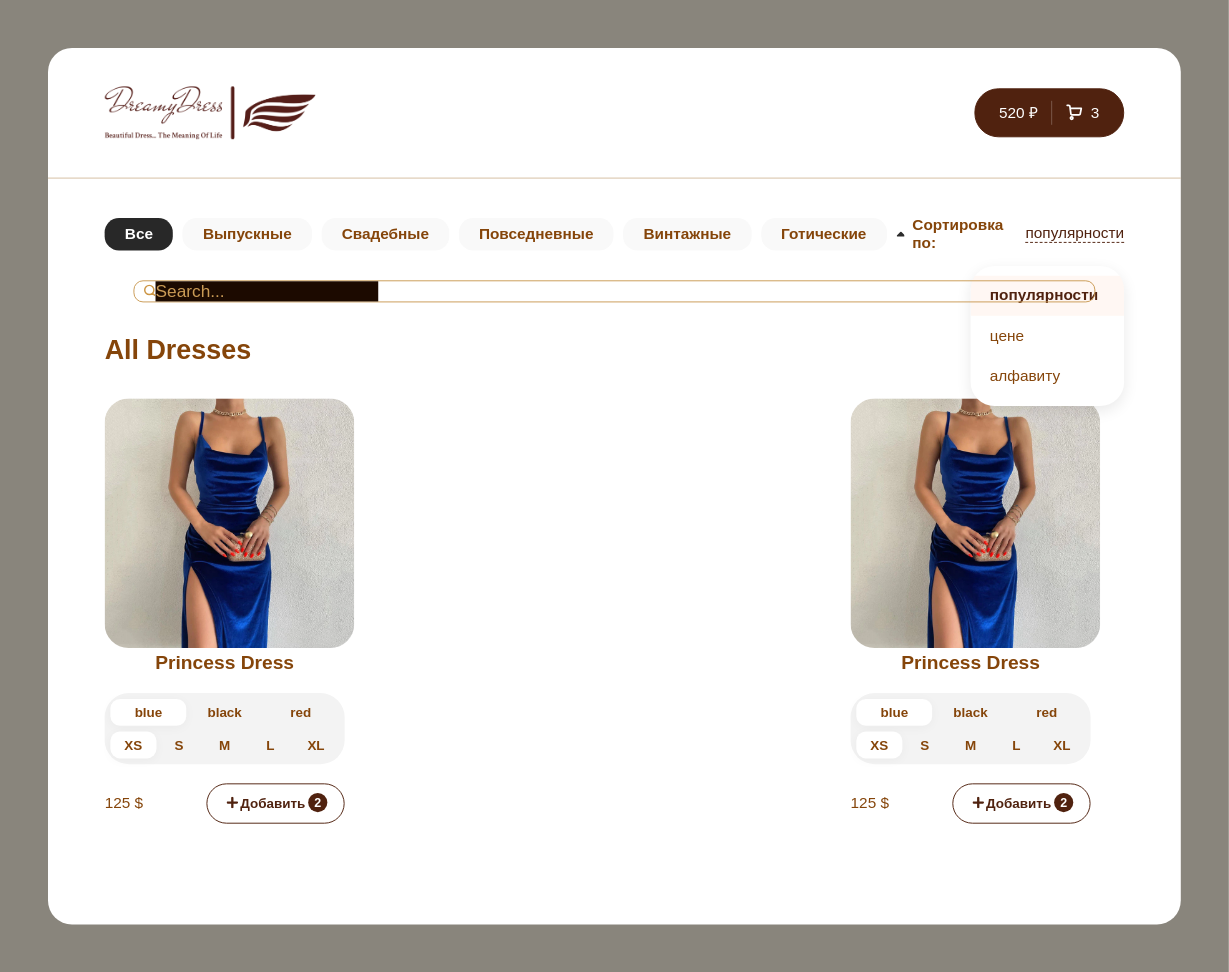
Repository: DisasterWoman/SPA-shop
Page: /
The author's editor kept a copy of each file at every save. The page is drawn from the files as they stood at one save, then again after the next save.
The browser window is 1280 px wide. The pictures show the whole page, at 96% of full size.
Some web fonts or font styles are not loaded; a fallback is used. The project was rebuilt for these pictures with package versions that can differ from the ones it lists, and the page was loaded fresh each time.

Above is the page before, as saved 2022-11-29 17:28:33.

### src/App.js
import './scss/app.scss';
import Categories from './components/Categories/Categories';
import DressBlock from './components/DressBlock/DressBlock';
import Header from './components/Header/Header';
import Sort from './components/Sort/Sort';
import SearchBar from './components/SearchBar/SearchBar';

function App() {
  return (
    <div className="wrapper">
      <Header />
      <div className="content">
        <div className="container">
          <div className="content__top">
            <Categories />
            <Sort />
          </div>
          <SearchBar />
          <h2 className="content__title">All Dresses</h2>
          <div className="content__items">
            <DressBlock />
            <DressBlock />
          </div>
        </div>
      </div>
    </div>
  );
}

export default App;

### src/scss/app.scss
@import 'variables.scss';
@import './libs/normalize.scss';
@import './all';

body {
  background-color: $background;
}

.wrapper {
  width: calc(100vw - 100px);
  height: 100%;
  background-color: #fff;
  margin: 50px auto;
  border-radius: 25px;
  max-width: 1400px;
}

.content {
  padding: 40px 0;

  &__title {
    margin: 35px 0;
  }

  &__items {
    display: flex;
    flex-wrap: wrap;
    justify-content: space-between;
  }

  &__top {
    display: flex;
    align-items: center;
    justify-content: space-between;
  }
}

.container {
  width: $container-width;
  margin: 0 auto;

  &--cart {
    max-width: 820px;
    margin: 90px auto;
    .content__title {
      margin: 0;
    }
  }
}

.cart {
  &__top {
    display: flex;
    justify-content: space-between;
    align-items: center;
  }

  .content__title {
    display: flex;
    align-items: center;
    font-size: 32px;

    svg {
      position: relative;
      top: -2px;
      width: 30px;
      height: 30px;
      margin-right: 10px;
      path {
        stroke: $black;
        strokewidth: 1.9;
      }
    }
  }

  &__clear {
    display: flex;
    align-items: center;
    cursor: pointer;
    @include noselect();

    span {
      display: inline-block;
      margin-left: 7px;
      color: #b6b6b6;
      font-size: 18px;
    }

    span,
    svg,
    path {
      transition: all $duration ease-in-out;
    }

    &:hover {
      svg {
        path {
          stroke: darken($color: #b6b6b6, $amount: 50);
        }
      }
      span {
        color: darken($color: #b6b6b6, $amount: 50);
      }
    }
  }

  &__item {
    display: flex;
    width: 100%;
    border-top: 1px solid $gray-line;
    padding-top: 30px;
    margin-top: 30px;

    &-img {
      display: flex;
      align-items: center;
      margin-right: 15px;
      width: 10%;

      img {
        width: 80px;
        height: 80px;
      }
    }

    &-info {
      display: flex;
      flex-direction: column;
      justify-content: center;
      width: 40%;

      h3 {
        font-weight: bold;
        font-size: 22px;
        line-height: 27px;
        letter-spacing: 0.01em;
      }

      p {
        font-size: 18px;
        color: #8d8d8d;
      }
    }

    &-count {
      display: flex;
      align-items: center;
      justify-content: space-between;
      width: 13%;

      &-minus {
        svg {
          path:first-of-type {
            display: none;
          }
        }
      }

      b {
        font-size: 22px;
      }
    }

    &-price {
      display: flex;
      align-items: center;
      justify-content: center;
      width: 33%;

      b {
        font-weight: bold;
        font-size: 22px;
        letter-spacing: 0.01em;
      }
    }

    &-remove {
      display: flex;
      align-items: center;
      justify-content: flex-end;
      width: 4%;

      .button {
        border-color: darken($color: $gray-line, $amount: 10);
      }

      svg {
        transform: rotate(45deg);

        path {
          fill: darken($color: $gray-line, $amount: 15);
        }
      }

      .button {
        svg {
          width: 11.5px;
          height: 11.5px;
          position: relative;
        }
        &:hover,
        &:active {
          border-color: darken($color: $gray-line, $amount: 80);
          background-color: darken($color: $gray-line, $amount: 80);
        }
      }
    }
  }

  &__bottom {
    margin: 50px 0;

    &-details {
      display: flex;
      justify-content: space-between;

      span {
        font-size: 22px;

        &:last-of-type {
          b {
            color: $brown;
          }
        }
      }
    }

    &-buttons {
      display: flex;
      justify-content: space-between;
      margin-top: 40px;

      .go-back-btn {
        display: flex;
        align-items: center;
        justify-content: center;
        width: 210px;

        border-color: darken($color: $gray-line, $amount: 10);

        span {
          color: darken($color: $gray-line, $amount: 20);
          font-weight: 500;
          font-weight: 600;
        }

        &:hover {
          background-color: darken($color: $gray-line, $amount: 90);
          border-color: darken($color: $gray-line, $amount: 90);

          span {
            color: $gray-line;
          }
        }

        svg {
          margin-right: 12px;
          path {
            fill: transparent;
            strokewidth: 2;
          }
        }
      }

      .pay-btn {
        font-size: 16px;
        font-weight: 600;
        width: 210px;
        padding: 16px;
      }
    }
  }

  &--empty {
    margin: 0 auto;
    width: 560px;
    text-align: center;

    h2 {
      font-size: 32px;
      margin-bottom: 10px;
    }

    p {
      font-size: 18px;
      line-height: 145.4%;
      letter-spacing: 0.01em;
      color: #777777;
    }

    icon {
      position: relative;
      top: 2px;
    }

    img {
      display: block;
      width: 300px;
      margin: 45px auto 60px;
    }

    .button--black {
      padding: 12px 0 14px;
      width: 230px;
      margin: 0 auto;
      font-weight: 600;
      font-size: 18px;
    }
  }
}

### src/components/Categories/Categories.jsx
import React from 'react';

function Categories() {
  return (
    <div className="categories">
      <ul>
        <li className="active">Все</li>
        <li>Выпускные</li>
        <li>Свадебные</li>
        <li>Повседневные</li>
        <li>Винтажные</li>
        <li>Готические</li>
      </ul>
    </div>
  );
}

export default Categories;

### src/components/DressBlock/DressBlock.jsx
import React from 'react';
import { Button } from '../Button/Button';
import './_dress-block.scss';

function DressBlock() {
  return (
    <div className="dress-block">
      <img className="dress-block__image" src="/images/dresses/dress0-blue.webp" alt="Dress" />
      <h4 className="dress-block__title">Princess Dress</h4>
      <div className="dress-block__selector">
        <ul>
          <li className="active">blue</li>
          <li>black</li>
          <li>red</li>
        </ul>
        <ul>
          <li className="active">XS</li>
          <li>S</li>
          <li>M</li>
          <li>L</li>
          <li>XL</li>
        </ul>
      </div>
      <div className="dress-block__bottom">
        <div className="dress-blockk__price">125 $</div>
        <Button/>
      </div>
    </div>
  );
}

export default DressBlock;

### src/components/Header/Header.jsx
import React from 'react';
import './_header.scss';
function Header() {
  return (
    <div className="header">
      <div className="container">
        <div className="header__logo">
          <img width="220" src="/dreamy-dress.png" alt="logo" />
          <div></div>
        </div>
        <div className="header__cart">
          <a href="/cart.html" className="button button--cart">
            <span>520 ₽</span>
            <div className="button__delimiter"></div>
            <svg
              width="18"
              height="18"
              viewBox="0 0 18 18"
              fill="none"
              xmlns="http://www.w3.org/2000/svg"
            >
              <path
                d="M6.33333 16.3333C7.06971 16.3333 7.66667 15.7364 7.66667 15C7.66667 14.2636 7.06971 13.6667 6.33333 13.6667C5.59695 13.6667 5 14.2636 5 15C5 15.7364 5.59695 16.3333 6.33333 16.3333Z"
                stroke="white"
                strokeWidth="1.8"
                strokeLinecap="round"
                strokeLinejoin="round"
              />
              <path stroke="white" strokeWidth="1.8" strokeLinecap="round" strokeLinejoin="round" />
              <path
                d="M4.78002 4.99999H16.3334L15.2134 10.5933C15.1524 10.9003 14.9854 11.176 14.7417 11.3722C14.4979 11.5684 14.1929 11.6727 13.88 11.6667H6.83335C6.50781 11.6694 6.1925 11.553 5.94689 11.3393C5.70128 11.1256 5.54233 10.8295 5.50002 10.5067L4.48669 2.82666C4.44466 2.50615 4.28764 2.21182 4.04482 1.99844C3.80201 1.78505 3.48994 1.66715 3.16669 1.66666H1.66669"
                stroke="white"
                strokeWidth="1.8"
                strokeLinecap="round"
                strokeLinejoin="round"
              />
            </svg>
            <span>3</span>
          </a>
        </div>
      </div>
    </div>
  );
}

export default Header;

### src/components/Sort/Sort.jsx
import React from 'react';
import './_sort.scss';

function Sort() {
  return (
    <div className="sort">
      <div className="sort__label">
        <svg
          width="10"
          height="6"
          viewBox="0 0 10 6"
          fill="none"
          xmlns="http://www.w3.org/2000/svg"
        >
          <path
            d="M10 5C10 5.16927 9.93815 5.31576 9.81445 5.43945C9.69075 5.56315 9.54427 5.625 9.375 5.625H0.625C0.455729 5.625 0.309245 5.56315 0.185547 5.43945C0.061849 5.31576 0 5.16927 0 5C0 4.83073 0.061849 4.68424 0.185547 4.56055L4.56055 0.185547C4.68424 0.061849 4.83073 0 5 0C5.16927 0 5.31576 0.061849 5.43945 0.185547L9.81445 4.56055C9.93815 4.68424 10 4.83073 10 5Z"
            fill="#2C2C2C"
          />
        </svg>
        <b>Сортировка по:</b>
        <span>популярности</span>
      </div>
      <div className="sort__popup">
        <ul>
          <li className="active">популярности</li>
          <li>цене</li>
          <li>алфавиту</li>
        </ul>
      </div>
    </div>
  );
}

export default Sort;

### src/components/SearchBar/SearchBar.jsx
import React, {useState}  from 'react'
import './_searchBar.scss';
function SearchBar() {
  return (
    <div className="search-bar">
      <img
        className="mr-20 mt-5 mb-5"
        alt="search"
        src="images/icons/search.svg"
        width={12}
        height={13}
      ></img>
      <input
        placeholder="Search..."
      ></input>
    </div>
  );
}

export default SearchBar

### src/scss/_variables.scss
$black: #85450a;
$background: #89857c;
$gray-line: #d5bda1;
$brown: #50220f;

$container-width: 90%;

$duration: 0.15s;

### src/scss/libs/_normalize.scss
@import url('https://fonts.googleapis.com/css2?family=Anek+Devanagari&display=swap');

*{
  padding: 0;
  margin: 0;
  list-style: none;
  outline: none;
  font-family: 'Anek Devanagari', sans-serif;
  box-sizing: border-box;
}

html {
  -ms-text-size-adjust: 100%;
  -webkit-text-size-adjust: 100%;
}

body {
  -moz-osx-font-smoothing: grayscale;
  -webkit-font-smoothing: antialiased;
  color: $black;
}

a,
span,
p,
b,
h1,
h2,
h3,
h4,
h5 {
  color: $black;
}

h1 {
  font-size: 48px;
}

h2 {
  font-weight: 600;
  font-size: 28px;
  line-height: 30px;
}

a {
  text-decoration: none;
}

@mixin noselect {
  -webkit-touch-callout: none; /* iOS Safari */
  -webkit-user-select: none; /* Safari */
  -khtml-user-select: none; /* Konqueror HTML */
  -moz-user-select: none; /* Old versions of Firefox */
  -ms-user-select: none; /* Internet Explorer/Edge */
  user-select: none; /* Non-prefixed version, currently
                                  supported by Chrome, Opera and Firefox */
}

### src/scss/_all.scss
@import '../components/Header/Header';
@import '../components/Button/button';
@import '../components/Categories/Categories';
@import '../components/Sort/Sort';
@import '../components/DressBlock/dress-block';

### src/components/Header/_header.scss
@import '../../../src/scss/variables';

.header {
  border-bottom: 1px solid $gray-line;
  padding: 40px 0;

  .container {
    display: flex;
    align-items: center;
    justify-content: space-between;
  }

  &__logo {
    display: flex;

    img {
      margin-right: 15px;
    }

    h1 {
      color: #181818;
      font-size: 24px;
      letter-spacing: 1%;
      text-transform: uppercase;
      font-weight: 800;
    }

    p {
      color: #7b7b7b;
    }
  }
}

### src/components/Button/_button.scss
@import '../../../src/scss/variables';

.button {
  display: inline-block;
  background-color: $brown;
  border-radius: 25px;
  padding: 10px 20px;
  min-width: 100px;
  text-align: center;
  cursor: pointer;
  transition: background-color $duration ease-in-out, border-color $duration ease-in-out;
  border: 1px solid transparent;

  &,
  span {
    color: #fff;
  }

  i,
  span,
  path,
  svg {
    transition: all $duration ease-in-out;
  }

  &:hover {
    background-color: darken($brown, 8%);
  }

  &:active {
    background-color: darken($brown, 12%);
    transform: translateY(1px);
  }

  &--circle {
    display: flex;
    align-items: center;
    justify-content: center;
    width: 30px;
    height: 30px;
    min-width: 30px;
    padding: 0;
    border-width: 2px;
  }

  &--black {
    background-color: $black;

    &:hover,
    &:active {
      background-color: lighten($color: $black, $amount: 10);
    }
  }

  &--outline {
    background-color: #fff;
    border-color: $brown;
    &,
    span {
      color: $brown;
    }

    svg {
      path {
        fill: $brown;
      }
    }

    &:hover {
      background-color: $brown;

      &,
      span {
        color: #fff;
      }

      svg {
        path {
          fill: #fff;
        }
      }
    }

    &:active {
      background-color: darken($brown, 8%);
    }
  }

  &__delimiter {
    width: 1px;
    height: 25px;
    background-color: rgba(255, 255, 255, 0.25);
    margin-left: 14px;
    margin-right: 14px;
  }

  &--add {
    svg {
      margin-right: 2px;
    }

    span {
      font-weight: 600;
      font-size: 14px;
    }

    &:hover {
      i {
        background-color: #fff;
        color: $brown;
      }
    }

    i {
      display: inline-block;
      border-radius: 30px;
      background-color: $brown;
      color: #fff;
      font-weight: 600;
      width: 20px;
      height: 20px;
      font-style: normal;
      font-size: 13px;
      line-height: 22px;
      position: relative;
      top: -1px;
      left: 3px;
    }
  }

  &--cart {
    display: flex;
    align-items: center;
    line-height: 23px;
    padding: 12px 25px;
    border-color: $brown;

    svg {
      margin-right: 8px;
      margin-bottom: 1px;
    }

    span {
      font-weight: 500;
      font-size: 16px;
    }
  }
}

### src/components/Categories/_categories.scss
@import '../../../src/scss/variables';

.categories {
  ul {
    display: flex;

    li {
      background-color: #f9f9f9;
      padding: 8px 21px;
      border-radius: 15px;
      margin-right: 10px;
      font-weight: bold;
      cursor: pointer;
      transition: background-color 0.1s ease-in-out;
      @include noselect();

      &:hover {
        background-color: darken(#f9f9f9, 2%);
      }

      &:active {
        background-color: darken(#f9f9f9, 5%);
      }

      &.active {
        background-color: #282828;
        color: #fff;
      }
    }
  }
}

### src/components/Sort/_sort.scss
@import '../../../src/scss/variables';

.sort {
  position: relative;
  &__label {
    display: flex;
    align-items: center;

    svg {
      margin-right: 8px;
    }

    b {
      margin-right: 8px;
    }

    span {
      color: $brown;
      border-bottom: 1px dashed $brown;
      cursor: pointer;
    }
  }

  &__popup {
    position: absolute;
    right: 0;
    margin-top: 15px;
    background: #ffffff;
    box-shadow: 0px 5px 15px rgba(0, 0, 0, 0.09);
    border-radius: 25px;
    overflow: hidden;
    padding: 10px 0;
    width: 160px;

    ul {
      overflow: hidden;
      li {
        padding: 12px 20px;
        cursor: pointer;

        &.active,
        &:hover {
          background: rgba(254, 95, 30, 0.05);
        }

        &.active {
          font-weight: bold;
          color: $brown;
        }
      }
    }
  }
}

### src/components/DressBlock/_dress-block.scss
@import '../../../src/scss/variables';

.dress-block {
  width: 250px;
  text-align: center;
  margin-bottom: 65px;

  &:not(:nth-of-type(4n)) {
    margin-right: 35px;
  }

  &__image {
    border-radius: 25px;
    width: 260px;
  }

  &__title {
    font-size: 20px;
    font-weight: 900;
    letter-spacing: 1%;
    margin-bottom: 20px;
  }

  &__selector {
    display: flex;
    background-color: #f3f3f3;
    border-radius: 25px;
    flex-direction: column;
    padding: 6px;

    ul {
      display: flex;
      flex: 1;

      &:first-of-type {
        margin-bottom: 6px;
      }

      li {
        padding: 6px;
        flex: 1;
        cursor: pointer;
        font-weight: 600;
        font-size: 14px;
        &.active {
          background: #ffffff;
          box-shadow: 0px 2px 11px rgba(0, 0, 0, 0.04);
          border-radius: 10px;
          cursor: auto;
        }
      }
    }
  }

  &__bottom {
    display: flex;
    align-items: center;
    justify-content: space-between;
    margin-top: 20px;
  }

  &__price {
    font-weight: bold;
    font-size: 22px;
    line-height: 27px;
    letter-spacing: 0.015em;
  }
}

### src/components/Button/Button.jsx
export const Button = () => {
    return (
      <div className="button button--outline button--add">
        <svg
          width="12"
          height="12"
          viewBox="0 0 12 12"
          fill="none"
          xmlns="http://www.w3.org/2000/svg"
        >
          <path
            d="M10.8 4.8H7.2V1.2C7.2 0.5373 6.6627 0 6 0C5.3373 0 4.8 0.5373 4.8 1.2V4.8H1.2C0.5373 4.8 0 5.3373 0 6C0 6.6627 0.5373 7.2 1.2 7.2H4.8V10.8C4.8 11.4627 5.3373 12 6 12C6.6627 12 7.2 11.4627 7.2 10.8V7.2H10.8C11.4627 7.2 12 6.6627 12 6C12 5.3373 11.4627 4.8 10.8 4.8Z"
            fill="white"
          />
        </svg>
        <span>Добавить</span>
        <i>2</i>
      </div>
    );
}

### src/components/SearchBar/_searchBar.scss
.search-bar{
  margin: 30px;
  border: 1px solid #CA9B55;
  border-radius: 10px;
  padding: 0 10px;
  position: relative;
  input{
    font-size: 18px;
    outline-offset: 0;
    outline: none;
    border: none;
    background-color: #1C0A00;
    color: #F5D8AD;
  }
     ::placeholder {
      color: #CA9B55;
      opacity: 1;
    }

}

Loaded but not shown: public/index.html (common file); src/index.js (common file)

After the next save:
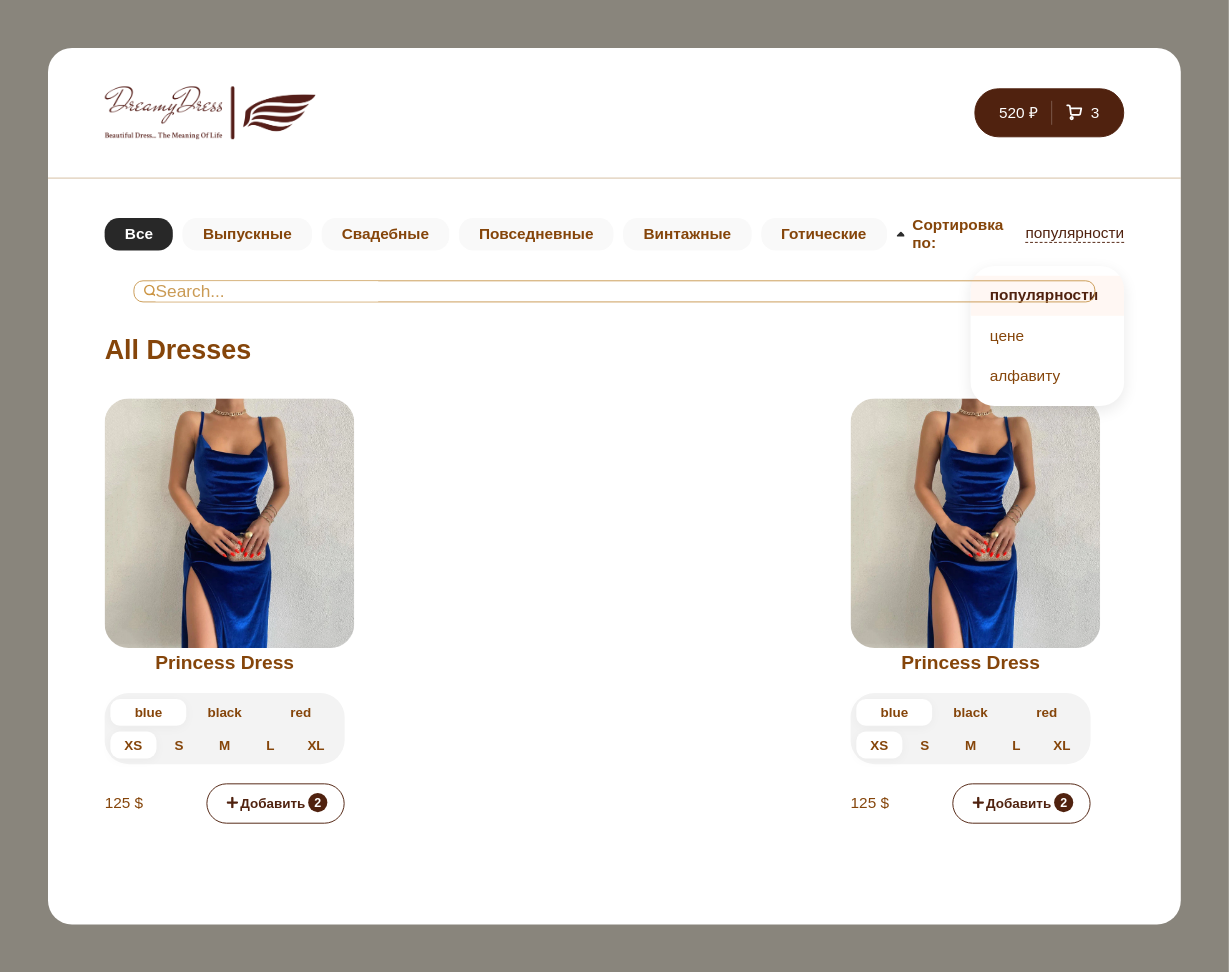
Saved 40 s later.
--- a/src/components/SearchBar/_searchBar.scss
+++ b/src/components/SearchBar/_searchBar.scss
@@ -9,7 +9,6 @@
     outline-offset: 0;
     outline: none;
     border: none;
-    background-color: #1C0A00;
     color: #F5D8AD;
   }
      ::placeholder {
